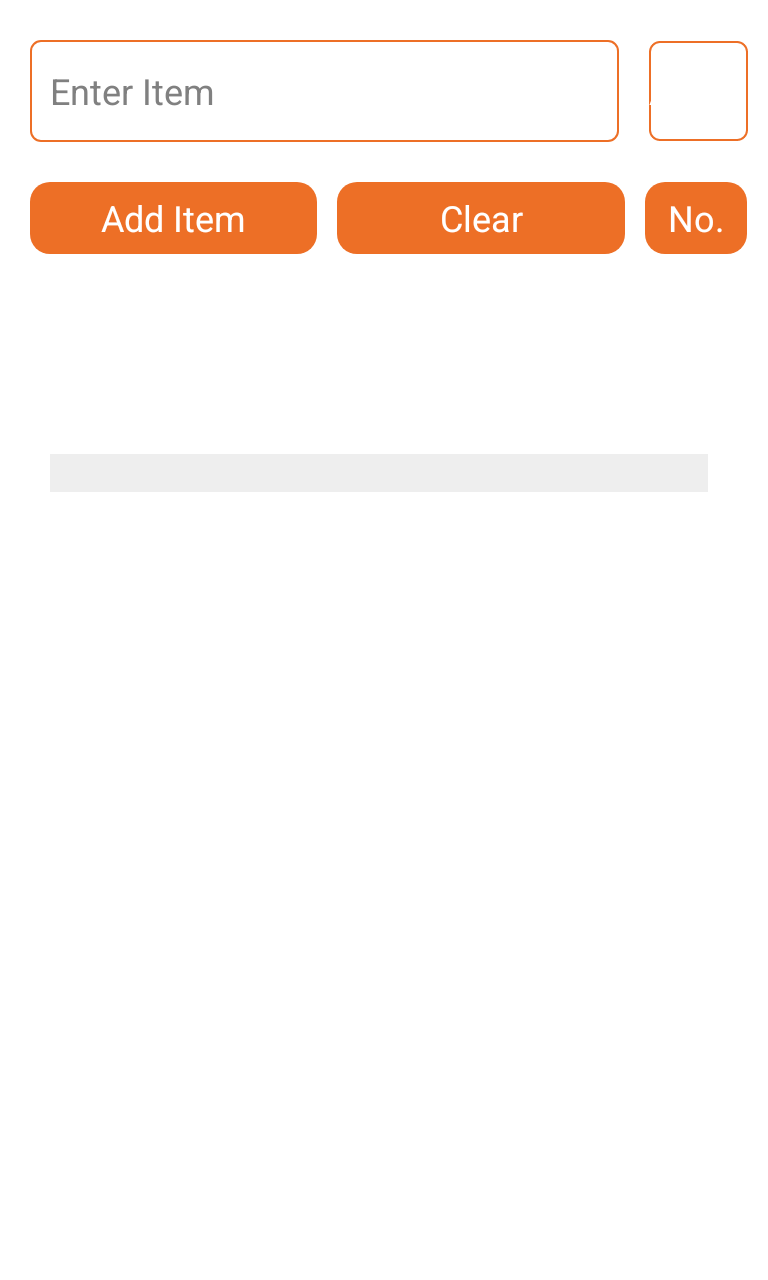
Repository: ianDervan/FYP_ShopSmart
Layout: FYP/ShopSmart/res/layout/activity_shopping_list.xml
These files come from the project's save history. The layout is drawn as it stood at one moment and after the next save; the edit follows.
It is drawn on a 768 x 1280 px phone screen (xhdpi) without system bars, with theme AppTheme; the app's code is not run.

Above is the layout before, as saved 2015-01-16 21:08:36.

### FYP/ShopSmart/res/layout/activity_shopping_list.xml
<?xml version="1.0" encoding="utf-8"?>
<LinearLayout xmlns:android="http://schemas.android.com/apk/res/android"
     android:layout_width="match_parent"
     android:layout_height="match_parent"
     android:orientation="vertical"
     android:padding="10dip" >

    <LinearLayout
        android:layout_width="fill_parent"
        android:layout_height="wrap_content"
        android:orientation="horizontal" >

        <AutoCompleteTextView
            android:id="@+id/autocomplete_country"
            android:layout_width="0dp"
            android:layout_height="51dp"
            android:layout_marginLeft="5dp"
            android:layout_marginTop="10dp"
            android:layout_weight=".9"
            android:background="@drawable/customeditext"
            android:dropDownWidth="340dp"
            android:hint="Enter Item"
            android:paddingLeft="10dp" />

        <EditText
            android:id="@+id/quantity"
            android:layout_width="0dp"
            android:layout_height="50dp"
            android:layout_weight="0.15"
            android:layout_marginLeft="15dp"
            android:layout_marginTop="10dp"
            android:background="@drawable/customeditext"
            android:text="Add"
            android:textColor="#FFFFFF" />
    </LinearLayout>

     <LinearLayout
        android:layout_width="fill_parent"
        android:layout_height="wrap_content"
        android:layout_marginTop="10dp"
        android:layout_marginLeft="5dp"
        android:orientation="horizontal" >

        <Button
            android:id="@+id/Button02"
            android:layout_width="0dp"
            android:layout_height="36dp"
            android:layout_marginTop="10dp"
            android:layout_weight="0.42"
            android:background="@drawable/custombutton_lr"
            android:text="Add Item"
            android:textColor="#FFFFFF" />

        <Button
            android:id="@+id/Button01"
            android:layout_width="0dp"
            android:layout_height="36dp"
            android:layout_weight="0.42"
            android:layout_marginLeft="10dp"
            android:layout_marginTop="10dp"
            android:background="@drawable/custombutton_lr"
            android:text="Clear"
            android:textColor="#FFFFFF" />

        <Button
            android:id="@+id/btn_2"
            android:layout_width="0dp"
            android:layout_height="36dp"
            android:layout_weight="0.15"
            android:layout_marginLeft="10dp"
            android:layout_marginTop="10dp"
            android:background="@drawable/custombutton_lr"
            android:text="No."
            android:textColor="#FFFFFF" />
    </LinearLayout>

     <LinearLayout
         android:layout_width="fill_parent"
         android:layout_height="wrap_content"
         android:layout_marginTop="50dp"
         android:orientation="vertical" >


         <ScrollView
             android:id="@+id/ScrollView01"
             android:layout_width="match_parent"
             android:layout_height="0dp"
             android:layout_weight="2"
             android:layout_marginTop="50dp" >

             <TextView
                 android:id="@+id/txtMsg"
                 android:layout_width="match_parent"
                 android:layout_height="wrap_content"
                 android:layout_marginLeft="15dp"
                 android:layout_marginRight="20dp"
                 android:background="#ffeeeeee" />
         </ScrollView>

     </LinearLayout>
 </LinearLayout>

### FYP/ShopSmart/res/drawable/customeditext.xml
<?xml version="1.0" encoding="utf-8"?>

<shape xmlns:android="http://schemas.android.com/apk/res/android"
	android:shape="rectangle" android:padding="10dp">
	<solid android:color="#FFFFFF" />
	<corners
	    android:bottomRightRadius="5dp"
		android:bottomLeftRadius="5dp"
		android:topLeftRadius="5dp"
		android:topRightRadius="5dp" />
	<stroke android:width="1dip" android:color="#ED6F26"/>

</shape>

### FYP/ShopSmart/res/drawable/custombutton_lr.xml
<?xml version="1.0" encoding="utf-8"?>

<shape xmlns:android="http://schemas.android.com/apk/res/android"
     android:shape="rectangle">
     <solid android:color="#ED6F26"/>
     <corners android:bottomLeftRadius="10dp"
         android:bottomRightRadius="10dp"
         android:topLeftRadius="10dp"
         android:topRightRadius="10dp"/>
 </shape>

Loaded but not shown: FYP/ShopSmart/res/values/styles.xml (common file); FYP/ShopSmart/res/values-v11/styles.xml (common file); FYP/ShopSmart/res/values-v14/styles.xml (common file)

After the next save:
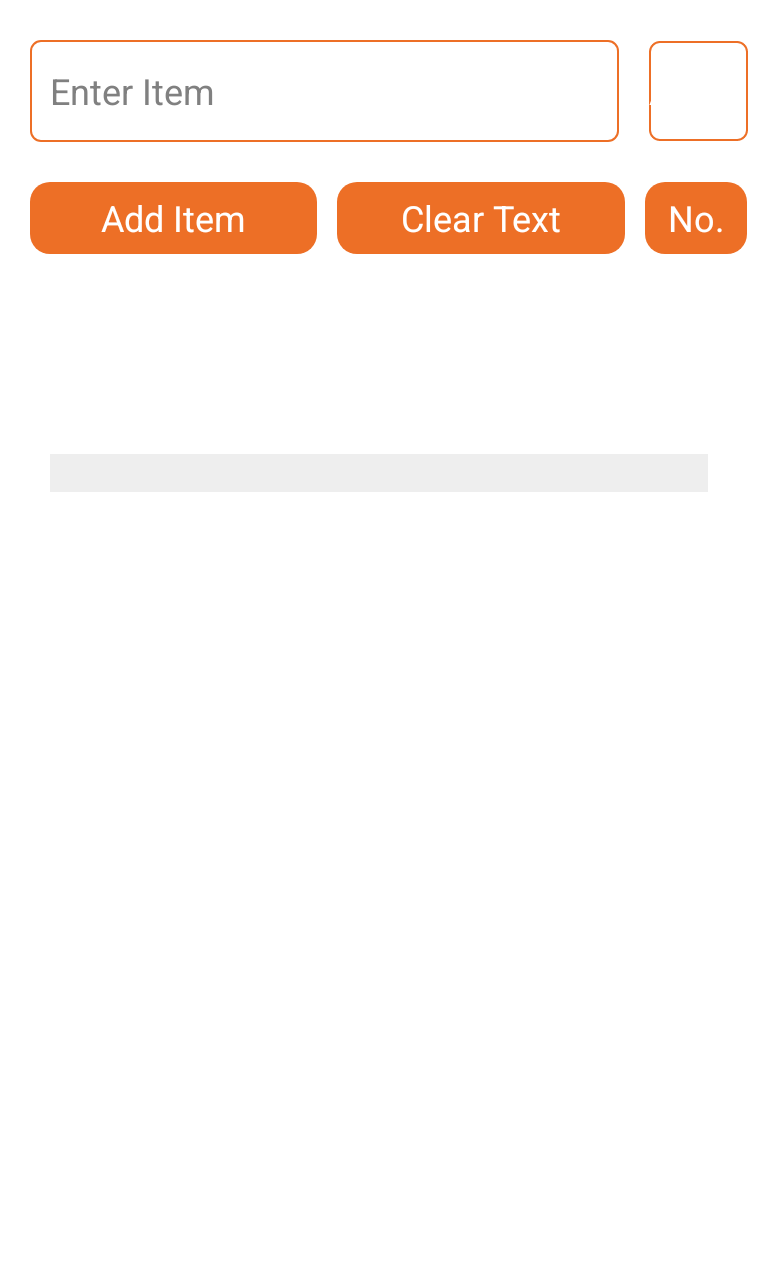
Saved 2 min 32 s later.
--- a/FYP/ShopSmart/res/layout/activity_shopping_list.xml
+++ b/FYP/ShopSmart/res/layout/activity_shopping_list.xml
@@ -59,7 +59,7 @@
             android:layout_marginLeft="10dp"
             android:layout_marginTop="10dp"
             android:background="@drawable/custombutton_lr"
-            android:text="Clear"
+            android:text="Clear Text"
             android:textColor="#FFFFFF" />
 
         <Button
